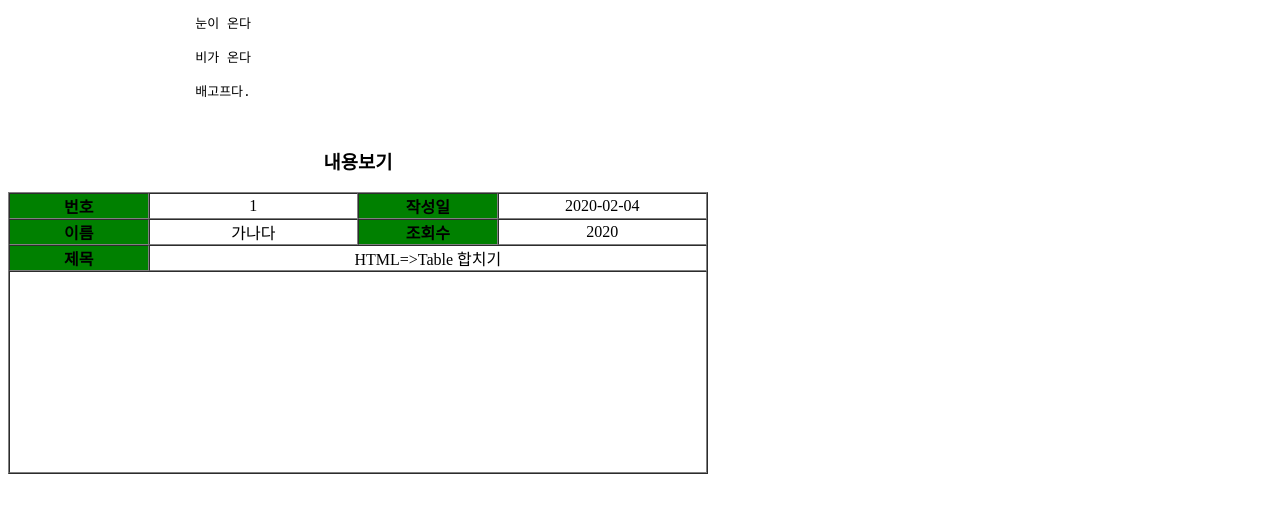
Repository: Rummikub/DBStudy
Page: HTMLProject2/WebContent/HTML/table2.html
An editor plug-in stored every save of this project. The page is shown before and after the next save, followed by the edit.
The browser window is 1280 px wide. The pictures show the whole page.

Above is the page before, as saved 2020-02-04 08:38:18.

After the next save:
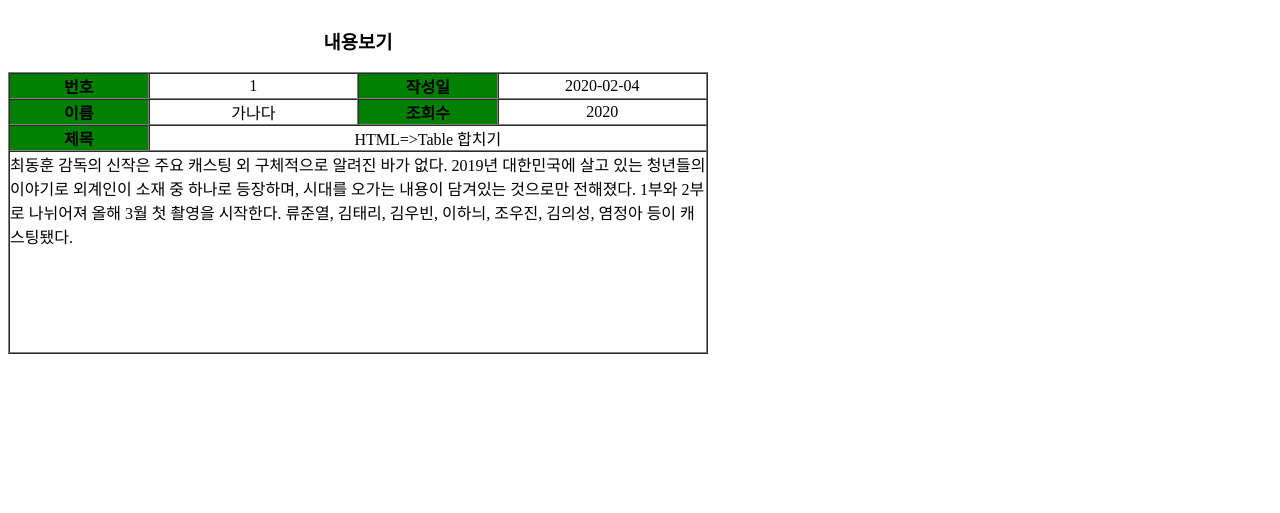
Saved 56 s later.
--- a/HTMLProject2/WebContent/HTML/table2.html
+++ b/HTMLProject2/WebContent/HTML/table2.html
@@ -24,12 +24,12 @@
 			<td colspan="3" align="center">HTML=>Table 합치기</td>
 		</tr>
 		<tr>
-			<td colspan="4" height="200" align="left" valign="top"></td>
-			<pre>
-			눈이 온다 <br>
-			비가 온다 <br>
-			배고프다.
-			</pre>
+			<td colspan="4" height="200" align="left" valign="top">
+			  최동훈 감독의 신작은 주요 캐스팅 외 구체적으로 알려진 바가 없다.
+			 2019년 대한민국에 살고 있는 청년들의 이야기로 외계인이 소재 중 하나로 등장하며, 시대를 오가는 내용이 담겨있는 것으로만 전해졌다.
+			 1부와 2부로 나뉘어져 올해 3월 첫 촬영을 시작한다.
+
+			류준열, 김태리, 김우빈, 이하늬, 조우진, 김의성, 염정아 등이 캐스팅됐다.</td>
 		</tr>
 	</table>
 </body>
